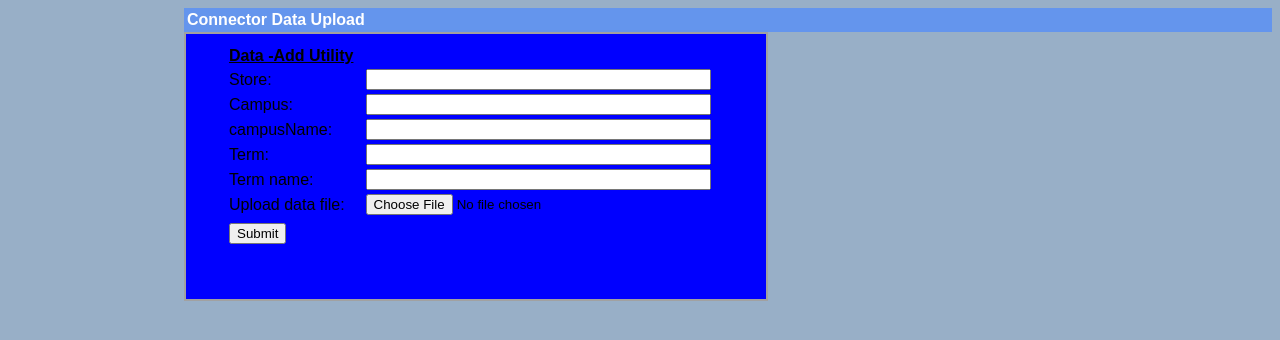
Repository: caditya/Dataupload
Page: http://localhost/connectordata/WEB-INF/views/datainput.jsp
These files come from the project's save history. The page is drawn as it stood at one moment and after the next save; the edit follows.
The browser window is 1280 px wide. The pictures show the whole page.
Some web libraries are served in a nearby version. The page is served by Tomcat 9. Nobody is signed in. The template is opened directly, without the code that normally fills it, so the values that code supplies are empty.

Above is the page before, as saved 2014-07-21 19:44:30.

After the next save:
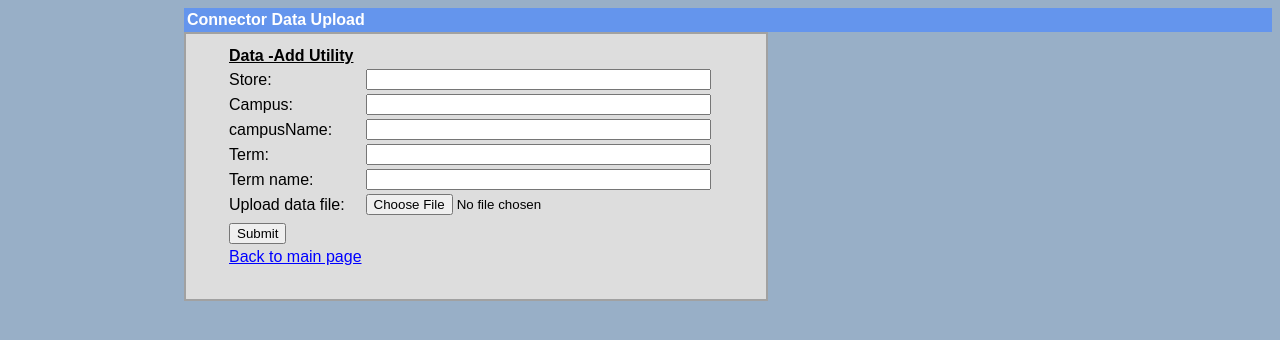
Saved 26 s later.
--- a/QAFileUpload/connectordata/src/main/webapp/resources/css/coffee.css
+++ b/QAFileUpload/connectordata/src/main/webapp/resources/css/coffee.css
@@ -109,7 +109,7 @@ body.loading .modal {
 div {
     border: 2px solid #a1a1a1;
     padding: 10px 40px;
-    background: blue;
+    background: #dddddd;
     width: 500px;
 
 }
